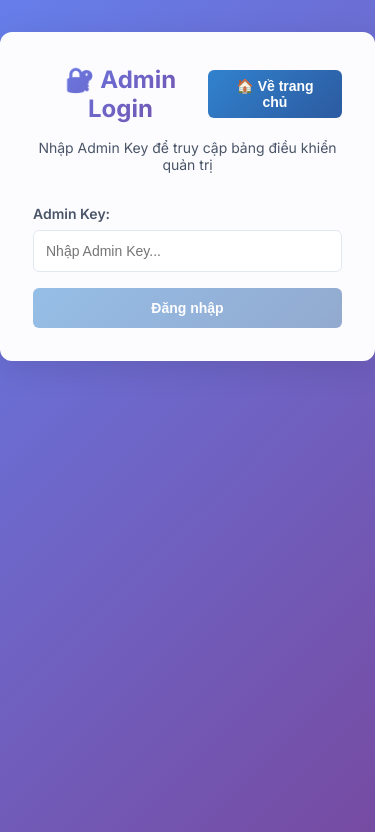
Repository: HuynhPPP/Quiz_App
Page: / (app in frontend/), after clicking the first element matching `button.admin-toggle-btn`
The author's editor kept a copy of each file at every save. The page is drawn from the files as they stood at one save, then again after the next save.
The browser window is 375 px wide. The pictures show the whole page.
The page's requests for data from a server got no answer. The project was rebuilt for these pictures with package versions that can differ from the ones it lists, and the page was loaded fresh each time. No one was signed in, and anything a server would have sent is missing. Also part of the build but not shown: frontend/vite.config.js, frontend/src/components/Resutl.jsx, frontend/src/components/Review.jsx, frontend/src/components/PlayerNameSetup.jsx, frontend/src/components/Leaderboard.jsx, frontend/src/components/admin/QuestionManagement.jsx, frontend/src/components/admin/PlayerManagement.jsx, frontend/src/components/admin/AdminStats.jsx and 1 more.

Above is the page before, as saved 2025-09-28 14:31:21.

### frontend/index.html
<!doctype html>
<html lang="en">
  <head>
    <meta charset="UTF-8" />
    <link rel="icon" type="image/svg+xml" href="/vite.svg" />
    <meta name="viewport" content="width=device-width, initial-scale=1.0" />
    <link rel="preconnect" href="https://fonts.googleapis.com">
    <link rel="preconnect" href="https://fonts.gstatic.com" crossorigin>
    <link href="https://fonts.googleapis.com/css2?family=Inter:wght@300;400;500;600;700;800&display=swap" rel="stylesheet">
    <title>Quiz Vui</title>
  </head>
  <body>
    <div id="root"></div>
    <script type="module" src="/src/main.jsx"></script>
  </body>
</html>

### frontend/src/App.jsx
import { useState } from 'react';
import Quiz from "./components/Quiz";
import AdminDashboard from "./components/admin/AdminDashboard";

function App() {
  const [isAdminMode, setIsAdminMode] = useState(false);

  const toggleAdminMode = () => {
    setIsAdminMode(!isAdminMode);
  };

  if (isAdminMode) {
    return <AdminDashboard />;
  }

  return (
    <div className="container">
      <div className="app-header">
        <h1>Quiz Vui</h1>
      </div>
      <Quiz />
      <div>
        <button
          onClick={toggleAdminMode}
          className="admin-toggle-btn"
          title="Chuyển sang chế độ Admin"
        >
          Vùng cấm ❌
        </button>
      </div>
    </div>
  );
}

export default App;

### frontend/src/styles/admin.css
/* Admin Dashboard - Compact & Professional Design */

/* Base Admin Styles */
.admin-dashboard {
  max-width: 1400px;
  margin: 0 auto;
  padding: 1rem;
  background: rgba(255, 255, 255, 0.98);
  border-radius: 12px;
  box-shadow: 0 4px 20px rgba(0, 0, 0, 0.08);
  backdrop-filter: blur(10px);
  border: 1px solid rgba(255, 255, 255, 0.3);
}

.admin-header {
  display: flex;
  justify-content: space-between;
  align-items: center;
  margin-bottom: 1.5rem;
  padding: 1rem;
  background: linear-gradient(135deg, #f8fafc 0%, #e2e8f0 100%);
  border-radius: 8px;
  border: 1px solid #e2e8f0;
}

.admin-header h1 {
  color: #1a202c;
  margin: 0;
  font-size: 1.5rem;
  font-weight: 700;
  letter-spacing: -0.025em;
}

.admin-actions {
  display: flex;
  align-items: center;
  gap: 1rem;
}

.admin-status {
  color: #38a169;
  font-size: 0.875rem;
  font-weight: 600;
}

.home-btn {
  background: linear-gradient(135deg, #3182ce 0%, #2c5aa0 100%);
  color: white;
  border: none;
  padding: 0.5rem 1rem;
  border-radius: 6px;
  cursor: pointer;
  font-size: 0.875rem;
  font-weight: 600;
  transition: all 0.2s ease;
}

.home-btn:hover {
  transform: translateY(-1px);
  box-shadow: 0 4px 12px rgba(49, 130, 206, 0.3);
}

.logout-btn {
  background: linear-gradient(135deg, #e53e3e 0%, #c53030 100%);
  color: white;
  border: none;
  padding: 0.5rem 1rem;
  border-radius: 6px;
  cursor: pointer;
  font-size: 0.875rem;
  font-weight: 600;
  transition: all 0.2s ease;
}

.logout-btn:hover {
  transform: translateY(-1px);
  box-shadow: 0 4px 12px rgba(229, 62, 62, 0.3);
}

/* Admin Tabs */
.admin-tabs {
  display: flex;
  gap: 0.5rem;
  margin-bottom: 1.5rem;
  padding: 0.5rem;
  background: #f7fafc;
  border-radius: 8px;
  border: 1px solid #e2e8f0;
}

.tab-btn {
  flex: 1;
  background: transparent;
  border: none;
  padding: 0.75rem 1rem;
  border-radius: 6px;
  cursor: pointer;
  font-size: 0.875rem;
  font-weight: 600;
  color: #4a5568;
  transition: all 0.2s ease;
}

.tab-btn:hover {
  background: rgba(255, 255, 255, 0.8);
  color: #2d3748;
}

.tab-btn.active {
  background: linear-gradient(135deg, #3182ce 0%, #2c5aa0 100%);
  color: white;
  box-shadow: 0 2px 8px rgba(49, 130, 206, 0.3);
}

/* Admin Content */
.admin-content {
  background: white;
  border-radius: 8px;
  border: 1px solid #e2e8f0;
  overflow: hidden;
}

/* Management Header */
.management-header {
  display: flex;
  justify-content: space-between;
  align-items: center;
  padding: 1rem 1.5rem;
  background: #f8fafc;
  border-bottom: 1px solid #e2e8f0;
}

.management-header h2 {
  color: #1a202c;
  margin: 0;
  font-size: 1.25rem;
  font-weight: 700;
}

.add-btn {
  background: linear-gradient(135deg, #38a169 0%, #2f855a 100%);
  color: white;
  border: none;
  padding: 0.5rem 1rem;
  border-radius: 6px;
  cursor: pointer;
  font-size: 0.875rem;
  font-weight: 600;
  transition: all 0.2s ease;
}

.add-btn:hover {
  transform: translateY(-1px);
  box-shadow: 0 4px 12px rgba(56, 161, 105, 0.3);
}

/* Filters and Search */
.filters-and-search {
  display: flex;
  gap: 1rem;
  padding: 1rem 1.5rem;
  background: #f7fafc;
  border-bottom: 1px solid #e2e8f0;
}

.filter-group, .search-group {
  display: flex;
  flex-direction: column;
  gap: 0.5rem;
  flex: 1;
}

.filter-group label, .search-group label {
  font-size: 0.75rem;
  font-weight: 600;
  color: #4a5568;
  text-transform: uppercase;
  letter-spacing: 0.05em;
}

.filter-group select, .search-group input {
  padding: 0.5rem;
  border: 1px solid #e2e8f0;
  border-radius: 6px;
  font-size: 0.875rem;
  background: white;
  transition: border-color 0.2s ease;
}

.filter-group select:focus, .search-group input:focus {
  outline: none;
  border-color: #3182ce;
  box-shadow: 0 0 0 3px rgba(49, 130, 206, 0.1);
}

.search-group {
  display: flex;
  flex-direction: column;
  gap: 0.5rem;
}

.search-group > div {
  display: flex;
  gap: 0.5rem;
}

.search-btn {
  background: linear-gradient(135deg, #3182ce 0%, #2c5aa0 100%);
  color: white;
  border: none;
  padding: 0.5rem;
  border-radius: 6px;
  cursor: pointer;
  font-size: 0.875rem;
  transition: all 0.2s ease;
  min-width: 40px;
}

.search-btn:hover {
  transform: translateY(-1px);
  box-shadow: 0 4px 12px rgba(49, 130, 206, 0.3);
}

/* Question List */
.question-list {
  padding: 1rem;
}

.question-card {
  background: white;
  border: 1px solid #e2e8f0;
  border-radius: 8px;
  padding: 1rem;
  margin-bottom: 0.75rem;
  transition: all 0.2s ease;
}

.question-card:hover {
  border-color: #3182ce;
  box-shadow: 0 2px 8px rgba(49, 130, 206, 0.1);
}

.question-header {
  display: flex;
  justify-content: space-between;
  align-items: center;
  margin-bottom: 0.75rem;
}

.category-tag {
  background: linear-gradient(135deg, #3182ce 0%, #2c5aa0 100%);
  color: white;
  padding: 0.25rem 0.75rem;
  border-radius: 12px;
  font-size: 0.75rem;
  font-weight: 600;
}

.question-actions {
  display: flex;
  gap: 0.5rem;
}

.edit-btn, .delete-btn {
  background: transparent;
  border: 1px solid #e2e8f0;
  padding: 0.25rem 0.5rem;
  border-radius: 4px;
  cursor: pointer;
  font-size: 0.75rem;
  transition: all 0.2s ease;
}

.edit-btn:hover {
  background: #ebf8ff;
  border-color: #3182ce;
  color: #3182ce;
}

.delete-btn:hover {
  background: #fed7d7;
  border-color: #e53e3e;
  color: #e53e3e;
}

.question-text {
  color: #2d3748;
  font-size: 0.875rem;
  font-weight: 500;
  margin: 0 0 0.75rem 0;
  line-height: 1.5;
}

.options-display {
  display: flex;
  flex-direction: column;
  gap: 0.5rem;
}

.option-item {
  padding: 0.5rem;
  background: #f7fafc;
  border: 1px solid #e2e8f0;
  border-radius: 6px;
  font-size: 0.8rem;
  color: #4a5568;
}

.option-item.correct {
  background: linear-gradient(135deg, #c6f6d5 0%, #9ae6b4 100%);
  border-color: #38a169;
  color: #2f855a;
  font-weight: 600;
}

/* Category Management */
.category-management {
  padding: 1.5rem;
}

.category-grid {
  display: grid;
  grid-template-columns: repeat(auto-fill, minmax(300px, 1fr));
  gap: 1rem;
  margin-top: 1rem;
}

.category-card {
  background: white;
  border: 1px solid #e2e8f0;
  border-radius: 8px;
  padding: 1rem;
  transition: all 0.2s ease;
}

.category-card:hover {
  border-color: #3182ce;
  box-shadow: 0 2px 8px rgba(49, 130, 206, 0.1);
}

.category-header {
  display: flex;
  align-items: center;
  gap: 0.75rem;
  margin-bottom: 0.75rem;
}

.category-emoji {
  font-size: 1.5rem;
}

.category-name {
  color: #1a202c;
  margin: 0;
  font-size: 1rem;
  font-weight: 600;
}

.category-description {
  color: #4a5568;
  font-size: 0.875rem;
  margin: 0 0 0.75rem 0;
  line-height: 1.4;
}

.category-stats {
  display: flex;
  justify-content: space-between;
  align-items: center;
  margin-bottom: 1rem;
  font-size: 0.75rem;
  color: #718096;
}

.category-actions {
  display: flex;
  gap: 0.5rem;
}

/* Modal Styles */
.modal-overlay {
  position: fixed;
  top: 0;
  left: 0;
  right: 0;
  bottom: 0;
  background: rgba(0, 0, 0, 0.5);
  display: flex;
  align-items: center;
  justify-content: center;
  z-index: 1000;
}

.modal-content {
  background: white;
  border-radius: 8px;
  padding: 1.5rem;
  max-width: 500px;
  width: 90%;
  max-height: 80vh;
  overflow-y: auto;
  box-shadow: 0 20px 40px rgba(0, 0, 0, 0.15);
}

.modal-content h3 {
  color: #1a202c;
  margin: 0 0 1rem 0;
  font-size: 1.125rem;
  font-weight: 700;
}

.form-group {
  margin-bottom: 1rem;
}

.form-group label {
  display: block;
  font-size: 0.875rem;
  font-weight: 600;
  color: #4a5568;
  margin-bottom: 0.5rem;
}

.form-group input,
.form-group textarea,
.form-group select {
  width: 100%;
  padding: 0.75rem;
  border: 1px solid #e2e8f0;
  border-radius: 6px;
  font-size: 0.875rem;
  background: white;
  transition: border-color 0.2s ease;
  box-sizing: border-box;
}

.form-group input:focus,
.form-group textarea:focus,
.form-group select:focus {
  outline: none;
  border-color: #3182ce;
  box-shadow: 0 0 0 3px rgba(49, 130, 206, 0.1);
}

.form-group textarea {
  resize: vertical;
  min-height: 80px;
}

.emoji-selector {
  display: grid;
  grid-template-columns: repeat(6, 1fr);
  gap: 0.5rem;
}

.emoji-option {
  background: transparent;
  border: 1px solid #e2e8f0;
  padding: 0.5rem;
  border-radius: 6px;
  cursor: pointer;
  font-size: 1.25rem;
  transition: all 0.2s ease;
}

.emoji-option:hover {
  background: #f7fafc;
  border-color: #3182ce;
}

.emoji-option.selected {
  background: linear-gradient(135deg, #3182ce 0%, #2c5aa0 100%);
  border-color: #2c5aa0;
  color: white;
}

.form-error {
  color: #e53e3e;
  font-size: 0.875rem;
  margin: 0.5rem 0;
  padding: 0.5rem;
  background: #fed7d7;
  border-radius: 4px;
  border: 1px solid #feb2b2;
}

.modal-actions {
  display: flex;
  gap: 0.75rem;
  justify-content: flex-end;
  margin-top: 1.5rem;
}

.save-btn, .cancel-btn {
  padding: 0.75rem 1.5rem;
  border-radius: 6px;
  font-size: 0.875rem;
  font-weight: 600;
  cursor: pointer;
  transition: all 0.2s ease;
}

.save-btn {
  background: linear-gradient(135deg, #38a169 0%, #2f855a 100%);
  color: white;
  border: none;
}

.save-btn:hover {
  transform: translateY(-1px);
  box-shadow: 0 4px 12px rgba(56, 161, 105, 0.3);
}

.cancel-btn {
  background: transparent;
  color: #4a5568;
  border: 1px solid #e2e8f0;
}

.cancel-btn:hover {
  background: #f7fafc;
  border-color: #cbd5e0;
}

/* Pagination */
.pagination {
  display: flex;
  justify-content: center;
  align-items: center;
  gap: 1rem;
  padding: 1rem;
  background: #f8fafc;
  border-top: 1px solid #e2e8f0;
}

.pagination button {
  background: white;
  border: 1px solid #e2e8f0;
  padding: 0.5rem 1rem;
  border-radius: 6px;
  cursor: pointer;
  font-size: 0.875rem;
  font-weight: 600;
  color: #4a5568;
  transition: all 0.2s ease;
}

.pagination button:hover:not(:disabled) {
  background: #f7fafc;
  border-color: #3182ce;
  color: #3182ce;
}

.pagination button:disabled {
  opacity: 0.5;
  cursor: not-allowed;
}

.pagination span {
  color: #4a5568;
  font-size: 0.875rem;
  font-weight: 600;
}

/* Admin Stats Styles */
.admin-stats {
  padding: 1.5rem;
}

.stats-header {
  display: flex;
  justify-content: space-between;
  align-items: center;
  margin-bottom: 1.5rem;
}

.stats-header h2 {
  color: #1a202c;
  margin: 0;
  font-size: 1.25rem;
  font-weight: 700;
}

.refresh-btn {
  background: linear-gradient(135deg, #3182ce 0%, #2c5aa0 100%);
  color: white;
  border: none;
  padding: 0.5rem 1rem;
  border-radius: 6px;
  cursor: pointer;
  font-size: 0.875rem;
  font-weight: 600;
  transition: all 0.2s ease;
}

.refresh-btn:hover {
  transform: translateY(-1px);
  box-shadow: 0 4px 12px rgba(49, 130, 206, 0.3);
}

.stats-overview {
  display: grid;
  grid-template-columns: repeat(auto-fit, minmax(200px, 1fr));
  gap: 1rem;
  margin-bottom: 2rem;
}

.stat-card {
  background: white;
  border: 1px solid #e2e8f0;
  border-radius: 8px;
  padding: 1.5rem;
  display: flex;
  align-items: center;
  gap: 1rem;
  transition: all 0.2s ease;
}

.stat-card:hover {
  border-color: #3182ce;
  box-shadow: 0 2px 8px rgba(49, 130, 206, 0.1);
}

.stat-icon {
  font-size: 2rem;
  opacity: 0.8;
}

.stat-content h3 {
  color: #1a202c;
  margin: 0;
  font-size: 1.5rem;
  font-weight: 700;
}

.stat-content p {
  color: #4a5568;
  margin: 0;
  font-size: 0.875rem;
  font-weight: 500;
}

.top-player-card {
  background: linear-gradient(135deg, #fef5e7 0%, #fed7aa 100%);
  border: 1px solid #f6ad55;
  border-radius: 8px;
  padding: 1.5rem;
  margin-bottom: 2rem;
}

.top-player-card h3 {
  color: #c05621;
  margin: 0 0 1rem 0;
  font-size: 1.125rem;
  font-weight: 700;
}

.top-player-info {
  display: flex;
  flex-direction: column;
  gap: 0.5rem;
}

.player-name {
  color: #1a202c;
  font-size: 1rem;
  font-weight: 600;
}

.player-score {
  color: #c05621;
  font-size: 1.25rem;
  font-weight: 700;
}

.player-date {
  color: #4a5568;
  font-size: 0.875rem;
}

.category-stats, .recent-activity, .daily-activity {
  background: white;
  border: 1px solid #e2e8f0;
  border-radius: 8px;
  padding: 1.5rem;
  margin-bottom: 1.5rem;
}

.category-stats h3, .recent-activity h3, .daily-activity h3 {
  color: #1a202c;
  margin: 0 0 1rem 0;
  font-size: 1.125rem;
  font-weight: 700;
}

.category-list {
  display: flex;
  flex-direction: column;
  gap: 0.75rem;
}

.category-item {
  display: flex;
  justify-content: space-between;
  align-items: center;
  padding: 0.75rem;
  background: #f7fafc;
  border-radius: 6px;
  border: 1px solid #e2e8f0;
}

.category-name {
  color: #2d3748;
  font-weight: 600;
}

.category-count {
  color: #4a5568;
  font-size: 0.875rem;
}

.activity-list {
  display: flex;
  flex-direction: column;
  gap: 0.75rem;
}

.activity-item {
  display: flex;
  justify-content: space-between;
  align-items: center;
  padding: 0.75rem;
  background: #f7fafc;
  border-radius: 6px;
  border: 1px solid #e2e8f0;
}

.activity-player {
  color: #2d3748;
  font-weight: 600;
}

.activity-score {
  color: #3182ce;
  font-weight: 600;
}

.activity-date {
  color: #4a5568;
  font-size: 0.875rem;
}

.daily-chart {
  display: flex;
  gap: 0.5rem;
  align-items: end;
  height: 120px;
  padding: 1rem 0;
}

.daily-bar {
  flex: 1;
  display: flex;
  flex-direction: column;
  align-items: center;
  gap: 0.5rem;
}

.bar-label {
  font-size: 0.75rem;
  color: #4a5568;
  font-weight: 600;
}

.bar-container {
  flex: 1;
  width: 100%;
  background: #f7fafc;
  border-radius: 4px 4px 0 0;
  position: relative;
  min-height: 20px;
}

.bar-fill {
  position: absolute;
  bottom: 0;
  left: 0;
  right: 0;
  background: linear-gradient(135deg, #3182ce 0%, #2c5aa0 100%);
  border-radius: 4px 4px 0 0;
  transition: height 0.3s ease;
}

.bar-value {
  font-size: 0.75rem;
  color: #4a5568;
  font-weight: 600;
}

/* Player Management Styles */
.player-management {
  padding: 1.5rem;
}

.search-section {
  padding: 1rem 1.5rem;
  background: #f7fafc;
  border-bottom: 1px solid #e2e8f0;
}

.search-input {
  width: 100%;
  padding: 0.75rem;
  border: 1px solid #e2e8f0;
  border-radius: 6px;
  font-size: 0.875rem;
  background: white;
  transition: border-color 0.2s ease;
}

.search-input:focus {
  outline: none;
  border-color: #3182ce;
  box-shadow: 0 0 0 3px rgba(49, 130, 206, 0.1);
}

.players-list {
  padding: 1rem;
}

.player-card {
  background: white;
  border: 1px solid #e2e8f0;
  border-radius: 8px;
  padding: 1rem;
  margin-bottom: 0.75rem;
  transition: all 0.2s ease;
}

.player-card:hover {
  border-color: #3182ce;
  box-shadow: 0 2px 8px rgba(49, 130, 206, 0.1);
}

.player-header {
  display: flex;
  justify-content: space-between;
  align-items: center;
  margin-bottom: 0.75rem;
}

.player-name {
  color: #1a202c;
  font-size: 1rem;
  font-weight: 600;
}

.player-grade {
  font-size: 1.25rem;
  font-weight: 700;
}

.player-stats {
  display: grid;
  grid-template-columns: repeat(auto-fit, minmax(120px, 1fr));
  gap: 0.75rem;
  margin-bottom: 1rem;
}

.stat-item {
  display: flex;
  flex-direction: column;
  gap: 0.25rem;
}

.stat-label {
  color: #4a5568;
  font-size: 0.75rem;
  font-weight: 600;
  text-transform: uppercase;
  letter-spacing: 0.05em;
}

.stat-value {
  color: #2d3748;
  font-size: 0.875rem;
  font-weight: 600;
}

.player-actions {
  display: flex;
  gap: 0.5rem;
}

.view-btn, .delete-btn {
  background: transparent;
  border: 1px solid #e2e8f0;
  padding: 0.5rem 1rem;
  border-radius: 6px;
  cursor: pointer;
  font-size: 0.875rem;
  font-weight: 600;
  transition: all 0.2s ease;
}

.view-btn:hover {
  background: #ebf8ff;
  border-color: #3182ce;
  color: #3182ce;
}

.delete-btn:hover {
  background: #fed7d7;
  border-color: #e53e3e;
  color: #e53e3e;
}

/* Player Modal Styles */
.player-modal {
  max-width: 600px;
  width: 90%;
}

.modal-header {
  display: flex;
  justify-content: space-between;
  align-items: center;
  margin-bottom: 1rem;
  padding-bottom: 1rem;
  border-bottom: 1px solid #e2e8f0;
}

.modal-header h3 {
  color: #1a202c;
  margin: 0;
  font-size: 1.125rem;
  font-weight: 700;
}

.close-btn {
  background: transparent;
  border: none;
  font-size: 1.25rem;
  cursor: pointer;
  color: #4a5568;
  padding: 0.25rem;
  border-radius: 4px;
  transition: all 0.2s ease;
}

.close-btn:hover {
  background: #f7fafc;
  color: #2d3748;
}

.player-summary {
  display: grid;
  grid-template-columns: repeat(auto-fit, minmax(120px, 1fr));
  gap: 1rem;
  margin-bottom: 2rem;
}

.summary-card {
  background: #f7fafc;
  border: 1px solid #e2e8f0;
  border-radius: 6px;
  padding: 1rem;
  text-align: center;
}

.summary-card h4 {
  color: #4a5568;
  margin: 0 0 0.5rem 0;
  font-size: 0.875rem;
  font-weight: 600;
  text-transform: uppercase;
  letter-spacing: 0.05em;
}

.summary-value {
  color: #1a202c;
  font-size: 1.25rem;
  font-weight: 700;
}

.player-timeline h4 {
  color: #1a202c;
  margin: 0 0 1rem 0;
  font-size: 1rem;
  font-weight: 700;
}

.timeline-list {
  max-height: 300px;
  overflow-y: auto;
  border: 1px solid #e2e8f0;
  border-radius: 6px;
}

.timeline-item {
  display: flex;
  justify-content: space-between;
  align-items: center;
  padding: 0.75rem;
  border-bottom: 1px solid #e2e8f0;
}

.timeline-item:last-child {
  border-bottom: none;
}

.timeline-date {
  color: #4a5568;
  font-size: 0.875rem;
}

.timeline-score {
  font-weight: 600;
}

.modal-footer {
  display: flex;
  justify-content: flex-end;
  margin-top: 1.5rem;
  padding-top: 1rem;
  border-top: 1px solid #e2e8f0;
}

.close-modal-btn {
  background: transparent;
  color: #4a5568;
  border: 1px solid #e2e8f0;
  padding: 0.75rem 1.5rem;
  border-radius: 6px;
  cursor: pointer;
  font-size: 0.875rem;
  font-weight: 600;
  transition: all 0.2s ease;
}

.close-modal-btn:hover {
  background: #f7fafc;
  border-color: #cbd5e0;
}

/* Loading and Error States */
.admin-loading, .admin-error, .no-data {
  text-align: center;
  padding: 3rem;
  color: #4a5568;
}

.admin-error {
  color: #e53e3e;
}

.no-data-subtitle {
  font-size: 0.875rem;
  margin-top: 0.5rem;
  opacity: 0.8;
}

.loading-container, .error-container {
  text-align: center;
  padding: 3rem;
}

.loading-spinner {
  width: 40px;
  height: 40px;
  border: 4px solid #e2e8f0;
  border-top: 4px solid #3182ce;
  border-radius: 50%;
  animation: spin 1s linear infinite;
  margin: 0 auto 1rem;
}

@keyframes spin {
  0% { transform: rotate(0deg); }
  100% { transform: rotate(360deg); }
}

.retry-btn {
  background: linear-gradient(135deg, #3182ce 0%, #2c5aa0 100%);
  color: white;
  border: none;
  padding: 0.75rem 1.5rem;
  border-radius: 6px;
  cursor: pointer;
  font-size: 0.875rem;
  font-weight: 600;
  transition: all 0.2s ease;
  margin-top: 1rem;
}

.retry-btn:hover {
  transform: translateY(-1px);
  box-shadow: 0 4px 12px rgba(49, 130, 206, 0.3);
}

/* Login Styles */
.admin-login {
  max-width: 400px;
  margin: 2rem auto;
  padding: 2rem;
  background: rgba(255, 255, 255, 0.98);
  border-radius: 12px;
  box-shadow: 0 8px 32px rgba(0, 0, 0, 0.1);
  backdrop-filter: blur(20px);
  border: 1px solid rgba(255, 255, 255, 0.2);
}

.login-header {
  display: flex;
  justify-content: space-between;
  align-items: center;
  margin-bottom: 1rem;
}

.login-container h1 {
  color: #1a202c;
  margin: 0;
  font-size: 1.5rem;
  font-weight: 700;
}

.home-btn-login {
  background: linear-gradient(135deg, #3182ce 0%, #2c5aa0 100%);
  color: white;
  border: none;
  padding: 0.5rem 1rem;
  border-radius: 6px;
  cursor: pointer;
  font-size: 0.875rem;
  font-weight: 600;
  transition: all 0.2s ease;
}

.home-btn-login:hover {
  transform: translateY(-1px);
  box-shadow: 0 4px 12px rgba(49, 130, 206, 0.3);
}

.login-description {
  color: #4a5568;
  font-size: 0.875rem;
  text-align: center;
  margin: 0 0 2rem 0;
}

.login-form {
  display: flex;
  flex-direction: column;
  gap: 1rem;
}

.input-group {
  display: flex;
  flex-direction: column;
  gap: 0.5rem;
}

.input-group label {
  font-size: 0.875rem;
  font-weight: 600;
  color: #4a5568;
}

.input-group input {
  padding: 0.75rem;
  border: 1px solid #e2e8f0;
  border-radius: 6px;
  font-size: 0.875rem;
  background: white;
  transition: border-color 0.2s ease;
}

.input-group input:focus {
  outline: none;
  border-color: #3182ce;
  box-shadow: 0 0 0 3px rgba(49, 130, 206, 0.1);
}

.login-btn {
  background: linear-gradient(135deg, #3182ce 0%, #2c5aa0 100%);
  color: white;
  border: none;
  padding: 0.75rem;
  border-radius: 6px;
  cursor: pointer;
  font-size: 0.875rem;
  font-weight: 600;
  transition: all 0.2s ease;
}

.login-btn:hover:not(:disabled) {
  transform: translateY(-1px);
  box-shadow: 0 4px 12px rgba(49, 130, 206, 0.3);
}

.login-btn:disabled {
  opacity: 0.5;
  cursor: not-allowed;
}

.error-message {
  color: #e53e3e;
  font-size: 0.875rem;
  padding: 0.5rem;
  background: #fed7d7;
  border-radius: 4px;
  border: 1px solid #feb2b2;
}

/* Responsive Design */
@media (max-width: 1024px) {
  .admin-dashboard {
    padding: 0.75rem;
  }

  .admin-tabs {
    flex-wrap: wrap;
  }

  .tab-btn {
    flex: 1 1 calc(50% - 0.25rem);
  }

  .filters-and-search {
    flex-direction: column;
    gap: 0.75rem;
  }

  .category-grid {
    grid-template-columns: repeat(auto-fill, minmax(250px, 1fr));
  }

  .stats-overview {
    grid-template-columns: repeat(auto-fit, minmax(180px, 1fr));
  }

  .player-stats {
    grid-template-columns: repeat(auto-fit, minmax(100px, 1fr));
  }

  .player-summary {
    grid-template-columns: repeat(auto-fit, minmax(100px, 1fr));
  }
}

@media (max-width: 768px) {
  .admin-header {
    flex-direction: column;
    gap: 1rem;
    text-align: center;
  }

  .admin-actions {
    flex-direction: column;
    gap: 0.75rem;
    width: 100%;
  }

  .home-btn, .logout-btn {
    width: 100%;
    max-width: 200px;
  }

  .admin-tabs {
    flex-direction: column;
  }

  .tab-btn {
    flex: none;
  }

  .management-header {
    flex-direction: column;
    gap: 1rem;
    text-align: center;
  }

  .question-header {
    flex-direction: column;
    gap: 0.75rem;
    align-items: flex-start;
  }

  .question-actions {
    align-self: flex-end;
  }

  .category-grid {
    grid-template-columns: 1fr;
  }

  .modal-content {
    width: 95%;
    padding: 1rem;
  }

  .emoji-selector {
    grid-template-columns: repeat(4, 1fr);
  }

  .modal-actions {
    flex-direction: column;
  }

  .pagination {
    flex-direction: column;
    gap: 0.75rem;
  }

  .stats-overview {
    grid-template-columns: repeat(auto-fit, minmax(150px, 1fr));
  }

  .stat-card {
    padding: 1rem;
  }

  .stat-icon {
    font-size: 1.5rem;
  }

  .stat-content h3 {
    font-size: 1.25rem;
  }

  .player-stats {
    grid-template-columns: repeat(2, 1fr);
  }

  .player-header {
    flex-direction: column;
    gap: 0.5rem;
    align-items: flex-start;
  }

  .player-actions {
    align-self: flex-end;
  }

  .daily-chart {
    height: 100px;
  }

  .player-summary {
    grid-template-columns: repeat(2, 1fr);
  }
}

@media (max-width: 480px) {
  .admin-dashboard {
    padding: 0.5rem;
  }

  .admin-header {
    padding: 0.75rem;
  }

  .admin-header h1 {
    font-size: 1.25rem;
  }

  .management-header {
    padding: 0.75rem;
  }

  .management-header h2 {
    font-size: 1.125rem;
  }

  .filters-and-search {
    padding: 0.75rem;
  }

  .question-list {
    padding: 0.75rem;
  }

  .question-card {
    padding: 0.75rem;
  }

  .category-management {
    padding: 1rem;
  }

  .category-card {
    padding: 0.75rem;
  }

  .admin-stats {
    padding: 1rem;
  }

  .stats-overview {
    grid-template-columns: 1fr;
    gap: 0.75rem;
  }

  .stat-card {
    padding: 0.75rem;
  }

  .stat-icon {
    font-size: 1.25rem;
  }

  .stat-content h3 {
    font-size: 1.125rem;
  }

  .top-player-card {
    padding: 1rem;
  }

  .category-stats, .recent-activity, .daily-activity {
    padding: 1rem;
  }

  .player-management {
    padding: 1rem;
  }

  .search-section {
    padding: 0.75rem;
  }

  .players-list {
    padding: 0.75rem;
  }

  .player-card {
    padding: 0.75rem;
  }

  .player-stats {
    grid-template-columns: 1fr;
    gap: 0.5rem;
  }

  .player-actions {
    flex-direction: column;
  }

  .view-btn, .delete-btn {
    width: 100%;
  }

  .daily-chart {
    height: 80px;
    gap: 0.25rem;
  }

  .bar-label {
    font-size: 0.7rem;
  }

  .bar-value {
    font-size: 0.7rem;
  }

  .player-summary {
    grid-template-columns: 1fr;
  }

  .timeline-item {
    flex-direction: column;
    gap: 0.5rem;
    align-items: flex-start;
  }
}

Loaded but not shown: frontend/src/main.jsx (common file); frontend/src/services/adminAPI.js (302 lines, source omitted); frontend/src/services/quizAPI.js (137 lines, source omitted); frontend/src/index.css (974 lines, source omitted); frontend/src/styles/responsive.css (931 lines, source omitted); frontend/src/styles/api-integration.css (849 lines, source omitted); frontend/src/components/Quiz.jsx (233 lines, source omitted); frontend/src/components/QuizSelector.jsx (213 lines, source omitted); frontend/src/components/admin/AdminDashboard.jsx (153 lines, source omitted)

After the next save:
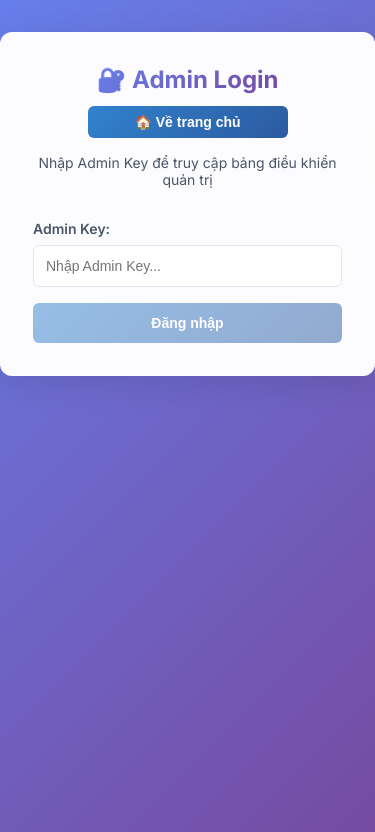
Saved 56 s later.
--- a/frontend/src/styles/admin.css
+++ b/frontend/src/styles/admin.css
@@ -1472,4 +1472,15 @@
     gap: 0.5rem;
     align-items: flex-start;
   }
-}
+
+  .login-header {
+    flex-direction: column;
+    gap: 0.75rem;
+    text-align: center;
+  }
+
+  .home-btn-login {
+    width: 100%;
+    max-width: 200px;
+  }
+}
